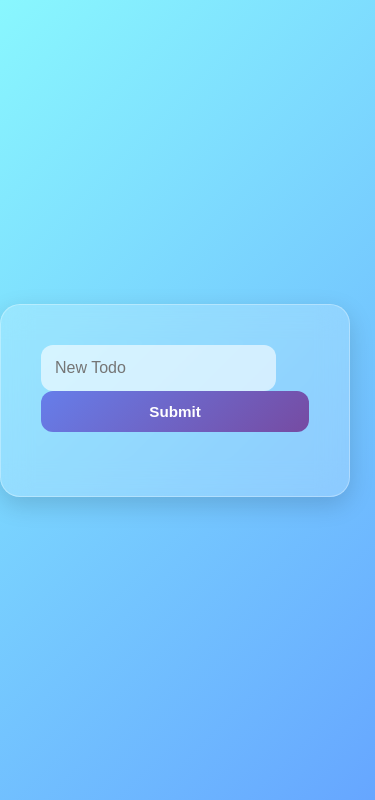
Repository: Subhadeep2609/Todo_React
Page: /
An editor plug-in stored every save of this project. The page is shown before and after a run of saves, followed by the edit.
The browser window is 375 px wide. The pictures show the whole page.
The project was rebuilt for these pictures with package versions that can differ from the ones it lists, and the page was loaded fresh each time. Also part of the build but not shown: vite.config.js.

Above is the page before, as saved 2025-09-04 13:45:11.

### src/index.css
/* Reset */
* {
  padding: 0;
  margin: 0;
  box-sizing: border-box;
}

body {
  background: linear-gradient(135deg, #89f7fe, #66a6ff);
  height: 100vh;
  display: flex;
  justify-content: center;
  align-items: center;
  font-family: "Poppins", sans-serif;
  overflow-x: hidden;
}

/* Glassmorphism Container */
.container {
  background: rgba(255, 255, 255, 0.2);
  backdrop-filter: blur(15px);
  padding: 40px;
  border-radius: 20px;
  box-shadow: 0 8px 25px rgba(0, 0, 0, 0.15);
  min-width: 350px;
  max-width: 600px;
  width: 90%;
  transition: transform 0.3s ease;
  border: 1px solid rgba(255, 255, 255, 0.3);
}

.container:hover {
  transform: translateY(-8px);
}

/* Input + Button Wrapper */
.input-group {
  display: flex;
  gap: 10px;
  flex-wrap: nowrap;
  margin-bottom: 20px;
}

/* Input */
input {
  flex: 1;
  padding: 14px;
  border: none;
  outline: none;
  background: rgba(255, 255, 255, 0.6);
  border-radius: 12px;
  transition: all 0.3s ease;
  font-size: 1rem;
}

input:focus {
  background: rgba(255, 255, 255, 0.85);
  box-shadow: 0 0 10px rgba(102, 166, 255, 0.7);
  transform: scale(1.02);
}

/* Button */
button {
  border-radius: 12px;
  background: linear-gradient(135deg, #667eea, #764ba2);
  padding: 12px 22px;
  outline: none;
  border: none;
  color: #fff;
  font-weight: 600;
  cursor: pointer;
  transition: all 0.3s ease;
  font-size: 0.95rem;
  white-space: nowrap;
}

button:hover {
  background: linear-gradient(135deg, #764ba2, #667eea);
  transform: scale(1.05);
  box-shadow: 0 4px 12px rgba(118, 75, 162, 0.5);
}

/* Todos List */
.todos-list {
  margin-top: 1.5rem;
  animation: fadeIn 0.6s ease-in-out;
}

/* Todo Item */
.todo {
  list-style: none;
  display: flex;
  justify-content: space-between;
  align-items: center;
  background: rgba(255, 255, 255, 0.25);
  padding: 14px 20px;
  margin: 10px 0;
  border-radius: 14px;
  backdrop-filter: blur(8px);
  box-shadow: 0 4px 15px rgba(0, 0, 0, 0.1);
  animation: slideIn 0.4s ease forwards;
  opacity: 0;
  color: #333;
  font-weight: 500;
}

/* Animations */
@keyframes slideIn {
  from {
    transform: translateY(15px);
    opacity: 0;
  }
  to {
    transform: translateY(0);
    opacity: 1;
  }
}

@keyframes fadeIn {
  from { opacity: 0; }
  to { opacity: 1; }
}

/* Close button */
.close {
  padding: 6px 12px;
  cursor: pointer;
  border-radius: 50%;
  background: #ff4b5c;
  color: white;
  border: none;
  transition: all 0.3s ease;
  font-weight: bold;
}

.close:hover {
  background: #d62839;
  transform: rotate(90deg) scale(1.1);
  box-shadow: 0 4px 10px rgba(255, 75, 92, 0.5);
}

/* Responsive Design */
@media (max-width: 480px) {
  .input-group {
    flex-direction: column;
    gap: 12px;
  }

  button {
    width: 100%;
  }
}

### src/App.jsx
import Todo from "./components/Todo"


function App() {


  return (
    <div>
      <Todo/>
    </div>
  )
}

export default App

### src/components/Todo.jsx
import { useState } from "react";
import "../index.css";

const Todo = () => {
  const [todos, setTodos] = useState([]);
  const [input, setInput] = useState("");

  const handleSubmit = () => {
    if (!input.trim()) return; // prevent empty todo

    setTodos((prev) => [
      ...prev,
      { text: input, id: Date.now() }, // unique id
    ]);
    setInput("");
  };

  const removeTodo = (id) =>
    setTodos((prev) => prev.filter((t) => t.id !== id));

  const handleKeyDown = (e) => {
    if (e.key === "Enter") handleSubmit();
  };

  return (
    <div className="container">
      <input
        type="text"
        placeholder="New Todo"
        value={input}
        onChange={(e) => setInput(e.target.value)}
        onKeyDown={handleKeyDown}
      />

      <button type="button" onClick={handleSubmit}>
        Submit
      </button>

      <ul className="todos-list">
        {todos.map(({ text, id }) => (
          <li className="todo" key={id}>
            <span>{text}</span>
            <button
              type="button"
              className="close"
              onClick={() => removeTodo(id)}
            >
              X
            </button>
          </li>
        ))}
      </ul>
    </div>
  );
};

export default Todo;

Loaded but not shown: index.html (common file); src/main.jsx (common file)

After the next 2 saves:
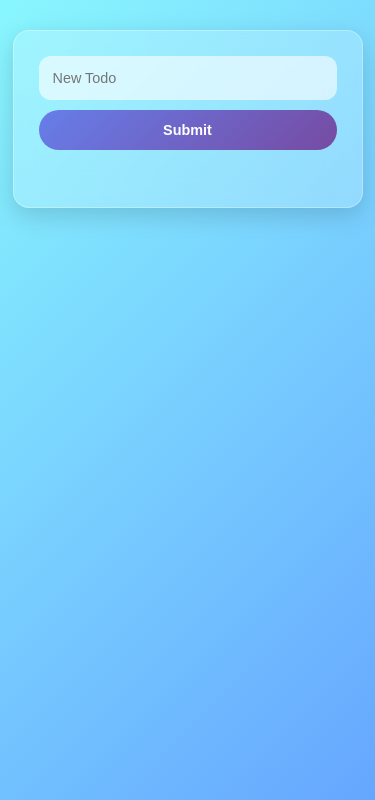
The 2 saves are shown as one change because they came seconds apart.
The last was saved 5 s later.
--- a/src/index.css
+++ b/src/index.css
@@ -33,37 +33,28 @@ body {
   transform: translateY(-8px);
 }
 
-/* Input + Button Wrapper */
-.input-group {
-  display: flex;
-  gap: 10px;
-  flex-wrap: nowrap;
-  margin-bottom: 20px;
-}
-
 /* Input */
 input {
-  flex: 1;
   padding: 14px;
   border: none;
   outline: none;
   background: rgba(255, 255, 255, 0.6);
+  width: 70%;
   border-radius: 12px;
   transition: all 0.3s ease;
   font-size: 1rem;
 }
 
 input:focus {
-  background: rgba(255, 255, 255, 0.85);
+  background: rgba(255, 255, 255, 0.8);
   box-shadow: 0 0 10px rgba(102, 166, 255, 0.7);
-  transform: scale(1.02);
 }
 
 /* Button */
 button {
-  border-radius: 12px;
+  border-radius: 100px;
   background: linear-gradient(135deg, #667eea, #764ba2);
-  padding: 12px 22px;
+  padding: 12px 20px;
   outline: none;
   border: none;
   color: #fff;
@@ -71,18 +62,17 @@ button {
   cursor: pointer;
   transition: all 0.3s ease;
   font-size: 0.95rem;
-  white-space: nowrap;
 }
 
 button:hover {
   background: linear-gradient(135deg, #764ba2, #667eea);
-  transform: scale(1.05);
+  transform: scale(1.08);
   box-shadow: 0 4px 12px rgba(118, 75, 162, 0.5);
 }
 
 /* Todos List */
 .todos-list {
-  margin-top: 1.5rem;
+  margin-top: 2rem;
   animation: fadeIn 0.6s ease-in-out;
 }
 
@@ -104,7 +94,7 @@ button:hover {
   font-weight: 500;
 }
 
-/* Animations */
+/* Appear animation */
 @keyframes slideIn {
   from {
     transform: translateY(15px);
@@ -116,9 +106,14 @@ button:hover {
   }
 }
 
+/* Fade in */
 @keyframes fadeIn {
-  from { opacity: 0; }
-  to { opacity: 1; }
+  from {
+    opacity: 0;
+  }
+  to {
+    opacity: 1;
+  }
 }
 
 /* Close button */
@@ -139,14 +134,63 @@ button:hover {
   box-shadow: 0 4px 10px rgba(255, 75, 92, 0.5);
 }
 
+/* ========================= */
 /* Responsive Design */
+/* ========================= */
+
+@media (max-width: 768px) {
+  .container {
+    padding: 30px;
+    width: 95%;
+  }
+
+  input {
+    width: 65%;
+    font-size: 0.9rem;
+  }
+
+  button {
+    padding: 10px 16px;
+    font-size: 0.85rem;
+  }
+
+  .todo {
+    padding: 12px 16px;
+    font-size: 0.9rem;
+  }
+}
+
 @media (max-width: 480px) {
-  .input-group {
-    flex-direction: column;
-    gap: 12px;
+  body {
+    align-items: flex-start;
+    padding-top: 30px;
+  }
+
+  .container {
+    width: 95%;
+    padding: 25px;
+    border-radius: 16px;
+  }
+
+  input {
+    width: 100%;
+    margin-bottom: 10px;
+    font-size: 0.9rem;
   }
 
   button {
     width: 100%;
+    font-size: 0.9rem;
+    padding: 12px;
+  }
+
+  .todo {
+    flex-direction: column;
+    align-items: flex-start;
+    gap: 8px;
+  }
+
+  .close {
+    align-self: flex-end;
   }
 }
